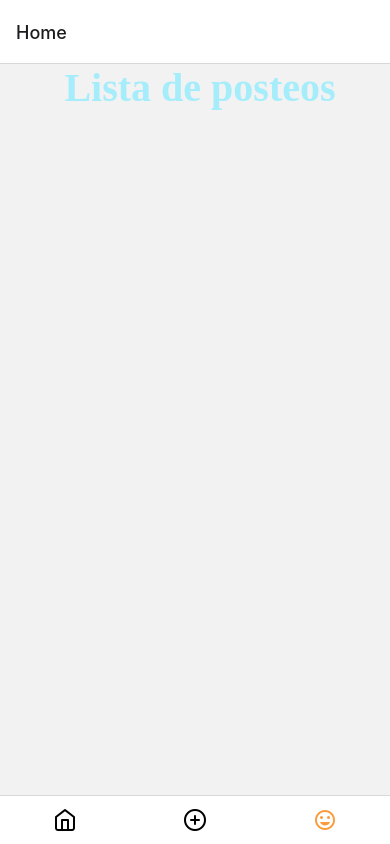
Repository: larafernandezo/finalprog3
Screen: /Menu
An editor plug-in stored every save of this project. The screen is shown before and after the next save, followed by the edit.
The page's requests for data from a server got no answer. The app was drawn by React Native's web renderer in a window 390 px wide. The project was rebuilt for these pictures with package versions that can differ from the ones it lists, and the page was loaded fresh each time. No one was signed in, and anything a server would have sent is missing. Also part of the build but not shown: src/components/Camera.js, src/screens/Registro.js, src/components/Post.js, src/screens/MiPerfil.js, src/screens/NuevoPost.js, src/screens/Perfil.js.

Above is the screen before, as saved 2022-11-22 11:34:24.

### App.js
import { StyleSheet, View } from 'react-native';
import { NavigationContainer } from '@react-navigation/native';
import { createNativeStackNavigator } from '@react-navigation/native-stack';
import Registro from './src/screens/Registro';
import Login from './src/screens/Login';
import Home from './src/screens/Home';
import Menu from './src/components/Menu';
import Perfil from './src/screens/Perfil';


const Stack = createNativeStackNavigator();


function App() {
  return (
    <NavigationContainer>
      <Stack.Navigator>
        <Stack.Screen name='Login' component={Login} options= {{ headerShown : false}}/>
        <Stack.Screen name='Registro' component={Registro} options= {{ headerShown : false}}/>
        <Stack.Screen name='Home' component={Home} options= {{ headerShown : false}}/>
        <Stack.Screen name='Menu' component={Menu} options= {{ headerShown : false}}/>
      </Stack.Navigator>
    </NavigationContainer>
  );
};

export default App;

### src/screens/Login.js
import React, {Component} from 'react';
import {auth} from '../firebase/config';
import {View, Text, StyleSheet, TextInput, TouchableOpacity, Image} from 'react-native';

class Login extends Component {
    constructor(){
        super()
        this.state = {
            email: "",
            contraseña: "",
            error: ""
        }
    }

    componentDidMount(){
        auth.onAuthStateChanged(usuario => {
            if (usuario){
                this.props.navigation.navigate ("Menu")
            }
        })
    }

    iniciarUsuario(email, contraseña){
        auth.signInWithEmailAndPassword(email, contraseña)
            .then( res => {
                this.props.navigation.navigate("Menu")
            })
            .catch(error =>
                this.setState({
                error: error.message
            })
            )
    }

    render(){
        return(
            <View style={styles.fondo}>

            <Text style={styles.error}>{this.state.error}</Text>


                <Text style={styles.titulo}>Iniciar Sesión</Text>

                <View style={styles.caja}>
                <Text style={styles.error}>{this.state.error}</Text>
                    <TextInput
                        placeholder= 'Cuenta de Email'
                        keyboardType= 'email-address'
                        onChangeText={ texto => this.setState({email : texto})}
                        value = {this.state.email}
                        style={styles.fillin}
                    />
                    <TextInput
                        placeholder= 'Contraseña'
                        keyboardType= 'default'
                        secureTextEntry = {true}
                        onChangeText={ texto => this.setState({contraseña : texto})}
                        value = {this.state.contraseña}
                        style={styles.fillin}
                    />


{
                this.state.email =="" || this.state.contraseña =="" ?
                    <TouchableOpacity>
                        <Text style={styles.alerta}>Ingresar</Text>
                    </TouchableOpacity>
                :
                    <TouchableOpacity onPress={ () => this.iniciarUsuario (this.state.email, this.state.contraseña)} >
                        <Text style={styles.cont}>Ingresar</Text>
                    </TouchableOpacity>

}

                    <Text onPress={ () => this.props.navigation.navigate ('Registro')} style={styles.switch}>¿No tenés cuenta? Registrate haciendo click aquí</Text>
                </View>
            </View>
        )
    }
}

const styles = StyleSheet.create({
    fondo: {
        alignItems: 'center',
        backgroundColor: 'rgb(234, 242, 248)',
    },
    titulo: {
        color: 'rgb(52, 152, 219)',
        fontFamily: 'avenir',
        fontSize: 26,
        margin: 60,
    },
    caja:{
        backgroundColor: 'rgb(215, 219, 221)',
        borderRadius: 6,
        padding: 20,

    },
    fillin: {
        backgroundColor: 'rgb(253, 254, 254)',
        color: 'rgb(179, 182, 183)',
        fontFamily: 'avenir',
        fontSize: 13,
        margin: 10,
        borderRadius: 6,
        textAlign: 'center',
        padding: 5,
        textAlign: 'left',
    },
    cont: {
        fontFamily: 'avenir',
        fontSize: 14,
        margin: 10,
        backgroundColor: 'rgb(234,252,255)',
        borderRadius: 10,
        textAlign: 'center',
        padding: 5,
    },
    alerta: {
        fontFamily: 'avenir',
        fontSize: 14,
        margin: 10,
        backgroundColor: 'rgb(52, 152, 219)',
        borderRadius: 10,
        textAlign: 'center',
        padding: 5,
        color: 'rgb(234,252,255)',
    },
    switch: {
        fontFamily: 'avenir',
        fontSize: 10,
        margin: 4,
        textAlign: 'center',
        color:'rgb(77, 86, 86)',
    },
    error: {
        fontFamily: 'avenir',
        fontSize: 19,
        margin: 20,
        color: 'rgb(203, 67, 53)'
    },
})



export default Login;

### src/screens/Home.js
import React, { Component } from 'react';
import { View, Text, FlatList,  StyleSheet, TextInput} from 'react-native';
import Post from '../components/Post';
import { db } from '../firebase/config'


class Posts extends Component {

    constructor(props) {
        super(props)
        this.state = {
            posteos: [],
        }
    }

    componentDidMount() {
        db.collection('posts').onSnapshot(
            docs => {
                let posts = [];
                docs.forEach(doc => {
                    posts.push({
                        id: doc.id,
                        data: doc.data()
                    })
                })
                this.setState({
                    posteos: posts,
                })
            })
    }

    render() {
        return (
          //prueba1 descomento para ver si funca
            <View style={styles.view}>
            <Text style={styles.title}> Lista de posteos</Text>
            <FlatList
                    data={this.state.posteos}
                    keyExtractor={ item => item.id.toString()}
                    renderItem={ ({item}) => <Post postData={item} navigation={this.props.navigation} id={item.id}/>}
            />
            </View>
        )
    }
}
const styles = StyleSheet.create({

   title:{
        fontSize: 40,
        fontWeight:'bold',
        textAlign:'center',
        fontFamily: 'raleway heavy',
        color: '#a5edfa'

    },
    view:{
        flex:1
    }
})

export default Posts;

### src/components/Menu.js
import { createBottomTabNavigator} from '@react-navigation/bottom-tabs';
import MiPerfil from '../screens/MiPerfil';
import NuevoPost from "../screens/NuevoPost"
import Home from '../screens/Home';
import { AntDesign, Ionicons } from '@expo/vector-icons';
import React, { Component } from 'react';
import { MaterialIcons } from '@expo/vector-icons';
import { Feather } from '@expo/vector-icons';

const Tab = createBottomTabNavigator();

function Menu () {
    return(
        <Tab.Navigator screenOptions = {{ tabBarShowLabel: false}}>
                <Tab.Screen name = "Home" component={ Home } options ={ { tabBarIcon: () => <Feather name="home" size={24} color="rgb (100,149,237)" /> } }  />
            <Tab.Screen name = "Postear" component={ NuevoPost }  options ={{ tabBarIcon: () => <Feather name="plus-circle" size={24} color="FF5733" /> }}/>
            <Tab.Screen name = "Perfil" component={ MiPerfil } options={{ tabBarIcon: () => <MaterialIcons name="tag-faces" size={24} color="#fa9c3c" /> }}/>
        </Tab.Navigator>
    );
};

export default Menu;

### src/firebase/config.js
import app from 'firebase/app';
import firebase from 'firebase';

const firebaseConfig = {
    apiKey: "AIzaSyDPgkPZuV5RhBSI7u_oFMlRH3es895rxlU",
    authDomain: "finalprog3-bb705.firebaseapp.com",
    projectId: "finalprog3-bb705",
    storageBucket: "finalprog3-bb705.appspot.com",
    messagingSenderId: "894733539643",
    appId: "1:894733539643:web:6ef31fb78c2644aa783f1e"
  };

app.initializeApp(firebaseConfig);

export const auth = firebase.auth();
export const storage = app.storage();
export const db = app.firestore();

After the next save:
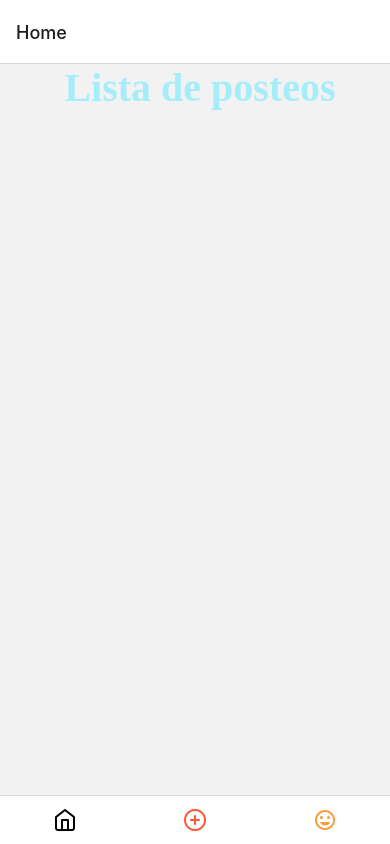
Saved 12 s later.
--- a/src/components/Menu.js
+++ b/src/components/Menu.js
@@ -13,7 +13,7 @@ function Menu () {
     return(
         <Tab.Navigator screenOptions = {{ tabBarShowLabel: false}}>
                 <Tab.Screen name = "Home" component={ Home } options ={ { tabBarIcon: () => <Feather name="home" size={24} color="rgb (100,149,237)" /> } }  />
-            <Tab.Screen name = "Postear" component={ NuevoPost }  options ={{ tabBarIcon: () => <Feather name="plus-circle" size={24} color="FF5733" /> }}/>
+            <Tab.Screen name = "Postear" component={ NuevoPost }  options ={{ tabBarIcon: () => <Feather name="plus-circle" size={24} color="#FF5733" /> }}/>
             <Tab.Screen name = "Perfil" component={ MiPerfil } options={{ tabBarIcon: () => <MaterialIcons name="tag-faces" size={24} color="#fa9c3c" /> }}/>
         </Tab.Navigator>
     );
